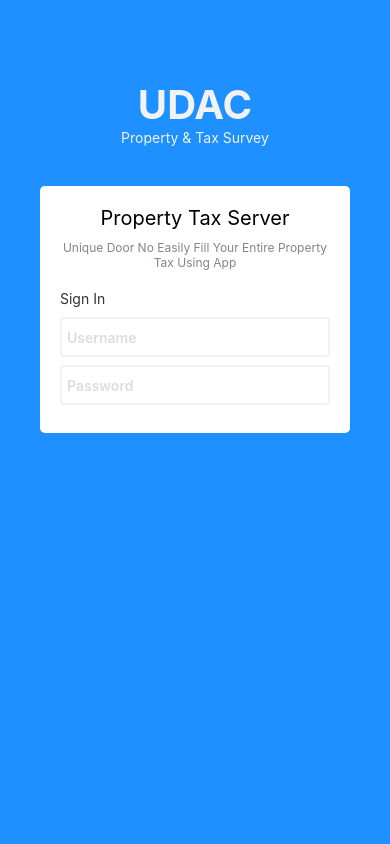
Repository: metalysm/BasicLoginPage
Screen: /
The author's editor kept a copy of each file at every save. The screen is drawn from the files as they stood at one save, then again after the next save.
The app was drawn by React Native's web renderer in a window 390 px wide. The project was rebuilt for these pictures with package versions that can differ from the ones it lists, and the page was loaded fresh each time.

Above is the screen before, as saved 2019-12-05 15:38:59.

### App.js

import React, { Component } from 'react';
import Login from './src/pages/Login';
import { StyleSheet } from 'react-native';

export default class App extends Component {
  render() {
    return (
      <Login />
    );
  }
};



const styles = StyleSheet.create({

});

### src/pages/Login.js

import React, { Component } from 'react';
import {
    StyleSheet,
    View,
    Text,
} from 'react-native';
import LoginForm from '../pages/LoginForm';

export default class Login extends Component {
    render() {
        return (
            <View style={styles.container}>
                <View style={styles.headBackground} />
                <View>
                    <Text style={styles.logo}>UDAC</Text>
                    <Text style={styles.logoDescription}>Property & Tax Survey</Text>
                </View>
                <View style={styles.loginArea}>
                    <Text style={styles.loginAreaTitle}>Property Tax Server</Text>
                    <Text style={styles.loginAreaDesc}>
                        Unique Door No Easily Fill Your Entire Property Tax Using App
                    </Text>
                <LoginForm/>
                </View>
            </View>
        );
    }
};

const styles = StyleSheet.create({
    container: {
        flex: 1,
        backgroundColor: '#F5FCFF',
        paddingVertical: 80
    },
    headBackground: {
        position: 'absolute',
        top: 0,
        left: 0,
        height: '100%',
        width: '100%',
        backgroundColor: '#1e90ff'
    },
    logo: {
        textAlign: 'center',
        fontSize: 40,
        fontWeight: 'bold',
        color: '#f2f2f2'
    },
    logoDescription: {
        textAlign: 'center',
        color: '#f2f2f2',
    },
    loginArea: {
        marginHorizontal: 40,
        marginVertical: 40,
        backgroundColor: '#fff',
        padding: 20,
        borderRadius: 5,
        // SHADOW TANIMLARI SADECE IOS TA VARDIR.
        /* GÖLGELENDİRME
        shadowColor:'black',
        shadowOpacity: .2, //0 ile 1 arasında bir rakam girilir.
        shadowRadius: 3,
        shadowOffset: {
          width: 0,
          height: 2
        }*/
        elevation: 4
    },
    loginAreaTitle: {
        fontSize: 20,
        textAlign: 'center'
    },
    loginAreaDesc: {
        fontSize: 12,
        color: '#7e868f',
        marginVertical: 10,
        textAlign: 'center'
    }
});

### src/pages/LoginForm.js
import React, { Component } from 'react';
import { StyleSheet, Text, View } from 'react-native';
import Input from '../components/Input';

export default class LoginForm extends Component {
    render() {
        return (
            <View>
                <Text style={styles.signInText}>Sign In</Text>
                <Input
                placeholder="Username"
                autoCapitalize="none"
                returnKeyType={"Next"} />
                <Input
                placeholder="Password"
                secureTextEntry={true}
                inputRef={input => this.passwordInput = input} />
            </View>
        );
    }//autoCapitalize baş harfi büyük yapmayı kapadık.
}; //securetextentry şifreyi gizli yapmamızı sağladı.



const styles = StyleSheet.create({
    signInText: {
        marginVertical: 10,
        fontSize: 14,
        color: '#333'
    }

});

### src/components/Input.js
import React, { Component } from 'react';
import { StyleSheet,TextInput,View} from 'react-native';


export default class Input extends Component {
    state={
        text:''
    };
  render() {
    return (
        <View>
            <TextInput
            {...this.props}
            placeholderTextColor = "#ddd"
            style={styles.input}
            value={this.state.text}
            ref={this.props.inputRef}
            onChangeText={text => this.setState({text})}
            />
        </View>
    ); //{...this.props} => loginformdaki <Input> içerisindeki
  }    // bütün her şeyi al buraya yerleştir demek.
};


const styles = StyleSheet.create({
    input: {
        height:40,
        paddingHorizontal:5,
        borderRadius:4,
        borderWidth:2,
        borderColor:'#f1f1f1',
        fontSize:14,
        color:'#999',
        marginBottom:8,
        fontWeight:'600'
    }

});

After the next save:
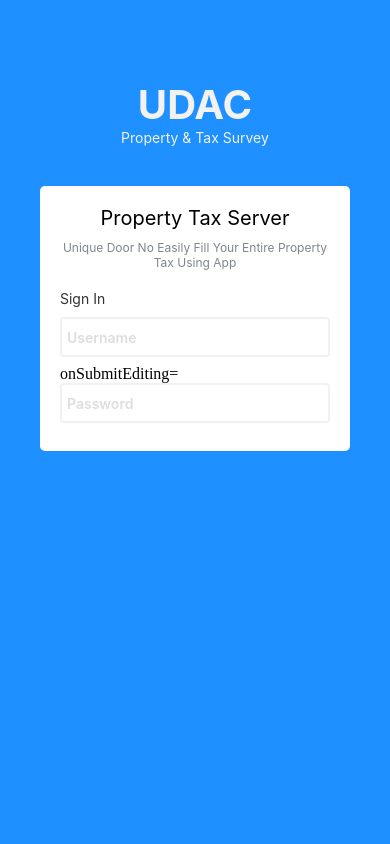
Saved 51 s later.
--- a/src/pages/LoginForm.js
+++ b/src/pages/LoginForm.js
@@ -11,6 +11,7 @@
                 placeholder="Username"
                 autoCapitalize="none"
                 returnKeyType={"Next"} />
+                onSubmitEditing={()=>this.passwordInput.focus()}
                 <Input
                 placeholder="Password"
                 secureTextEntry={true}

After the save that followed:
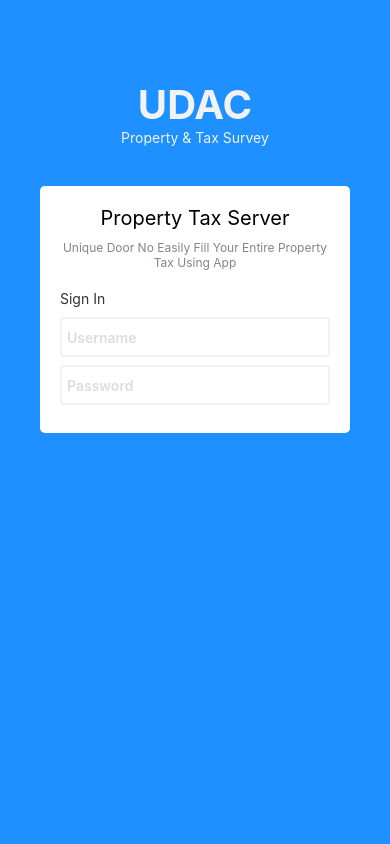
Saved 32 s later.
--- a/src/pages/LoginForm.js
+++ b/src/pages/LoginForm.js
@@ -10,8 +10,8 @@
                 <Input
                 placeholder="Username"
                 autoCapitalize="none"
-                returnKeyType={"Next"} />
-                onSubmitEditing={()=>this.passwordInput.focus()}
+                returnKeyType={"Next"}
+                onSubmitEditing={()=>this.passwordInput.focus()}/>
                 <Input
                 placeholder="Password"
                 secureTextEntry={true}
